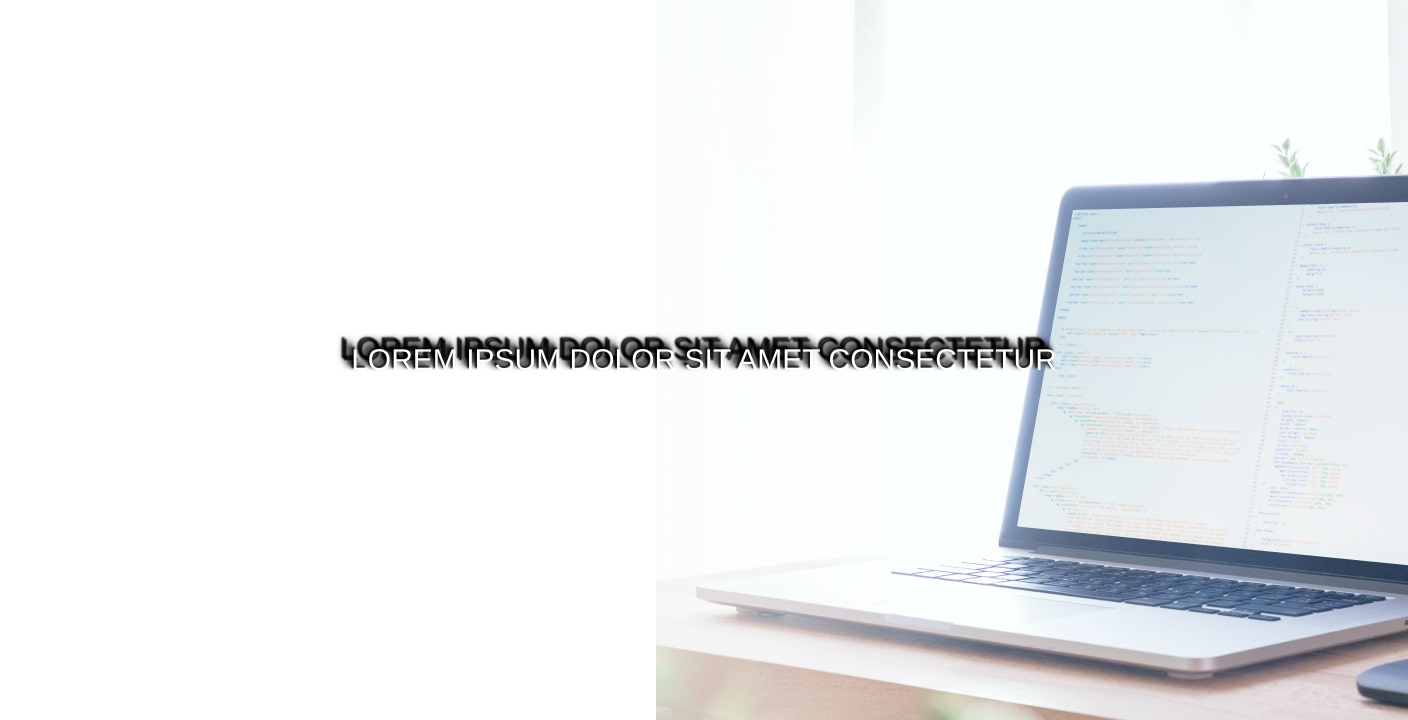
Repository: iKrekus/HTMLAcademy-mysite
Page: test.html
The author's editor kept a copy of each file at every save. The page is drawn from the files as they stood at one save, then again after the next save.
The browser window is 1280 px wide. The page is 1408 px wide, so the pictures cover 1408 px, including what lies to the right of the window. The pictures show the whole page.

Above is the page before, as saved 2022-09-28 18:14:43.

### test.html
<!DOCTYPE html>
<html lang="en">
<head>
    <meta charset="UTF-8">
    <meta http-equiv="X-UA-Compatible" content="IE=edge">
    <meta name="viewport" content="width=device-width, initial-scale=1.0">
<link rel="stylesheet" href="style.css">
    <title>Test</title>
</head>
<body>
    <section class="middle-box">
        <p class="lorem">Lorem ipsum dolor sit amet consectetur</p>
    </section>
</body>
</html>

### style.css
body {
  position: relative;
  margin: 0;
  min-width: 1408px;
  font-family: "Montserrat", "Helvetica", "Arial", sans-serif;
  font-size: 16px;
  line-height: 32px;
  color: #222222;
  background-image: url("img/hero-bg.jpg");
  background-repeat: no-repeat;
  background-position-y: top;
  background-position-x: calc(50vw + 16px);
}

.container {
  max-width: 1408px;
  margin: 0 auto;
  padding: 0 16px;
}

.page-header {
  margin: 0 0 140px;
  padding: 32px 0;
}

.page-header a {
  margin-right: 56px;
  padding-bottom: 10px;
  padding-top: 10px;
  color: #8da2ed;
  text-decoration: none;
  background-repeat: no-repeat;
  background-position: left;
}

.page-header a:focus,
.page-header a:hover {
  border-bottom: 1px solid #8da2ed;
  filter: hue-rotate(50deg);
}

.page-header a:active {
  filter: hue-rotate(0);
  opacity: 0.6;
}

.header-email {
  padding-left: 30px;
  background-image: url("img/icon-email-header.svg");
}

.header-phone {
  padding-left: 25px;
  background-image: url("img/icon-phone-header.svg");
}

.hero-image {
  position: relative;
  height: 564px;
}

.hero-image .container {
  padding-left: 0;
  padding-right: 0;
  background-image: url("img/dotted-border-v.svg");
  background-repeat: repeat-y;
  background-position: top left;
}

.heading {
  margin: 0 0 40px;
  padding-left: 116px;
  width: 928px;
  font-size: 104px;
  line-height: 120px;
  letter-spacing: -2px;
  font-weight: 400;
  color: #8da2ed;
}

.hero-image p {
  margin: 0;
  padding-left: 128px;
  padding-bottom: 16px;
  font-size: 32px;
  line-height: 48px;
}

.intro {
  margin: 0 0 160px;
  padding-top: 240px;
  padding-bottom: 80px;
  background-color: #fafbfd;
}

.subheading {
  margin: 0 0 56px;
  font-size: 72px;
  line-height: 104px;
  font-weight: 400;
  color: #8da2ed;
}

.intro .container {
  position: relative;
}

.intro .subheading {
  position: absolute;
  top: -320px;
  left: 48px;
  font-size: 16px;
  line-height: 32px;
  color: #222222;
}

.intro .subheading::before {
  position: absolute;
  content: "";
  top: 4px;
  left: -32px;
  width: 16px;
  height: 28px;
  background-image: url("img/icon-scroll.svg");
  background-repeat: no-repeat;
}

.user-image {
  margin: 0 0 32px;
  position: absolute;
  top: 0;
  left: 0;
}

.user-image img {
  width: 688px;
  height: 400px;
  margin-left: 16px;
  object-fit: cover;
}

.intro .container div {
  position: relative;
  display: flex;
  flex-direction: column;
  justify-content: center;
  margin: 0 120px 160px;
  min-height: 400px;
}

.intro .user-image + div {
  margin-left: 600px;
}

.intro .container > div::before,
.intro .container > div::after {
  position: absolute;
  content: "";
  background-repeat: no-repeat;
}

.intro .container div:nth-of-type(1)::before {
  top: 0;
  right: -120px;
  width: 144px;
  height: 64px;
  background-image: url("img/decor-dots1.svg");
}

.intro .container div:nth-of-type(2)::before {
  top: 0;
  left: -120px;
  width: 144px;
  height: 64px;
  background-image: url("img/decor-dots2.svg");
}

.intro h3 {
  margin: 0 0 16px;
  width: 688px;
  font-size: 32px;
  line-height: 40px;
  font-weight: 400;
  letter-spacing: 0.5px;
  text-transform: uppercase;
}

.intro p {
  margin: 0;
  width: 688px;
}

.intro .container div:nth-of-type(2) {
  margin-right: 0;
  background-image: url("img/abilities.jpg");
  background-position: right;
  background-repeat: no-repeat;
}

.intro .container .skills {
  min-height: unset;
}

.skills::before {
  top: 0;
  right: -120px;
  width: 64px;
  height: 64px;
  background-image: url("img/decor-dots3.svg");
}

.skills::after {
  bottom: -56px;
  left: -120px;
  width: 64px;
  height: 24px;
  background-image: url("img/decor-dots4.svg");
}

.skills h3 {
  margin-bottom: 56px;
}

.skills-list {
  position: relative;
  display: flex;
  margin: 0;
  padding: 0;
}

.skills-list dt {
  flex-shrink: 0;
  padding-left: 82px;
  width: 480px;
  height: 72px;
  font-size: 24px;
  letter-spacing: 1px;
  background-repeat: no-repeat;
  background-position: left;
}

.skill-html {
  background-image: url("img/icon-html.svg");
}

.skill-css {
  margin-left: 48px;
  background-image: url("img/icon-css.svg");
}

.level {
  position: absolute;
  top: 32px;
  margin: 4px 0 16px;
  padding: 0;
  height: 32px;
  width: 478px;
  font-size: 0;
  background-color: #ffffff;
  border: 1px solid #dee5fb;
}

.skill-html + .level {
  left: 82px;
}

.skill-css + .level {
  left: 690px;
}

.skills .level div {
  margin: 4px;
  height: 24px;
  min-height: unset;
  background-color: #8da2ed;
  background-image: url("img/progress-pattern.svg");
}

.button {
  position: relative;
  margin: auto 72px -10px;
  padding: 10px 0 10px 28px;
  display: block;
  font-size: 20px;
  letter-spacing: 0.5px;
  text-decoration: none;
  text-transform: uppercase;
  color: #8da2ed;
  border: 1px solid #8da2ed;
}

.button::before {
  position: absolute;
  content: "";
  width: 20px;
  height: 20px;
  top: 14px;
  left: 29px;
  background-image: url("img/icon-open-page.svg");
}

.button:focus,
.button:hover {
  margin-bottom: -10px;
  color: #ffffff;
  border-color: #c98ded;
  background-color: #c98ded;
  transition: border-color 150ms, background-color 150ms;
}

.button:active {
  opacity: 0.6;
}

.button:focus::before,
.button:hover::before,
.button:active::before {
  filter: brightness(100);
}

.page-footer {
  padding: 40px 0;
  background-color: #8da2ed;
}

.page-footer a {
  margin-right: 56px;
  padding-bottom: 10px;
  padding-top: 10px;
  color: #ffffff;
  text-decoration: none;
  background-repeat: no-repeat;
  background-position: left;
  opacity: 0.8;
}

.page-footer a:focus,
.page-footer a:hover {
  opacity: 1;
  border-bottom: 1px solid #ffffff;
}

.page-footer a:active {
  opacity: 0.6;
}

.footer-email {
  padding-left: 30px;
  background-image: url("img/icon-email-footer.svg");
}

.footer-phone {
  padding-left: 25px;
  background-image: url("img/icon-phone-footer.svg");
}

.lorem{
  text-transform: uppercase;
  font-size: 30px;
  text-align: center;
  text-shadow: -2px -2px 2px black, -4px -4px 4px black, -6px -6px 6px black, -8px -8px 8px black, -10px -10px 2px black, -12px -12px 2px black;
  color: white;

}
.middle-box{
  position: absolute;
  left: 0;
  top: 0;
  margin: 0;
  display: flex;
  height: 100vh;
  width: 100%;
  justify-content: center;
  align-items: center;
}

After the next save:
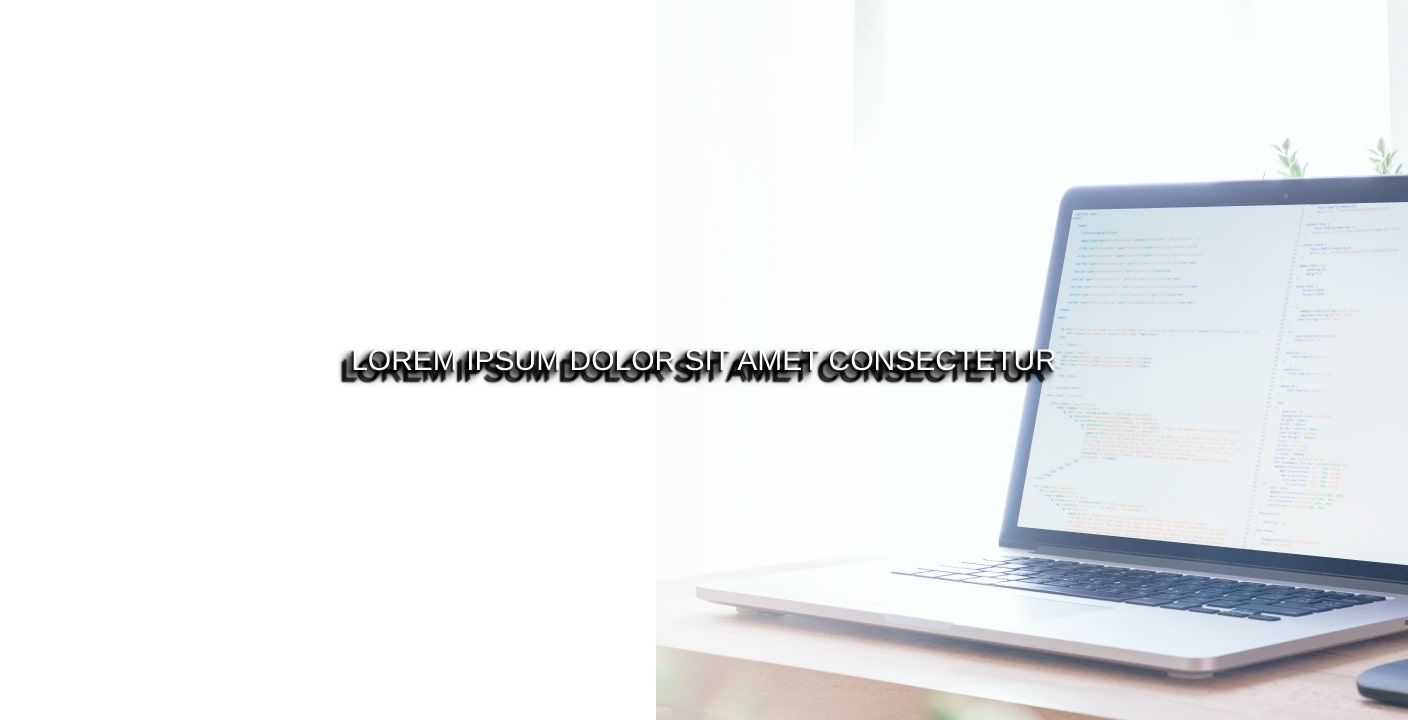
Saved 14 s later.
--- a/style.css
+++ b/style.css
@@ -358,7 +358,7 @@ body {
   text-transform: uppercase;
   font-size: 30px;
   text-align: center;
-  text-shadow: -2px -2px 2px black, -4px -4px 4px black, -6px -6px 6px black, -8px -8px 8px black, -10px -10px 2px black, -12px -12px 2px black;
+  text-shadow: -2px 2px 2px black, -4px 4px 4px black, -6px 6px 6px black, -8px 8px 8px black, -10px 10px 2px black, -12px 12px 2px black;
   color: white;
 
 }
